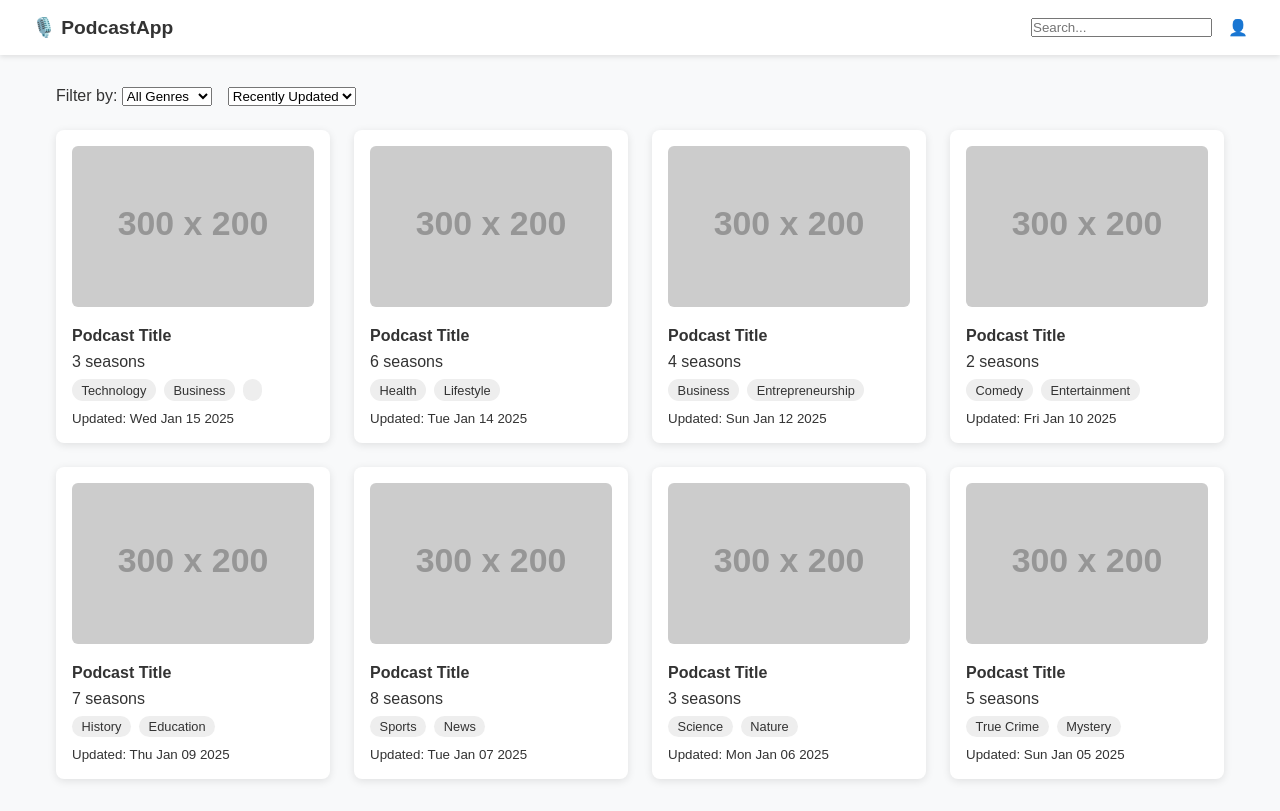
Repository: andajonas/ANDJON25111_fto2505_A_Anda-Jonas_DJS01
Page: index.html
The author's editor kept a copy of each file at every save. The page is drawn from the files as they stood at one save, then again after the next save.
The browser window is 1280 px wide. The pictures show the whole page.

Above is the page before, as saved 2025-09-03 18:20:18.

After the next save:
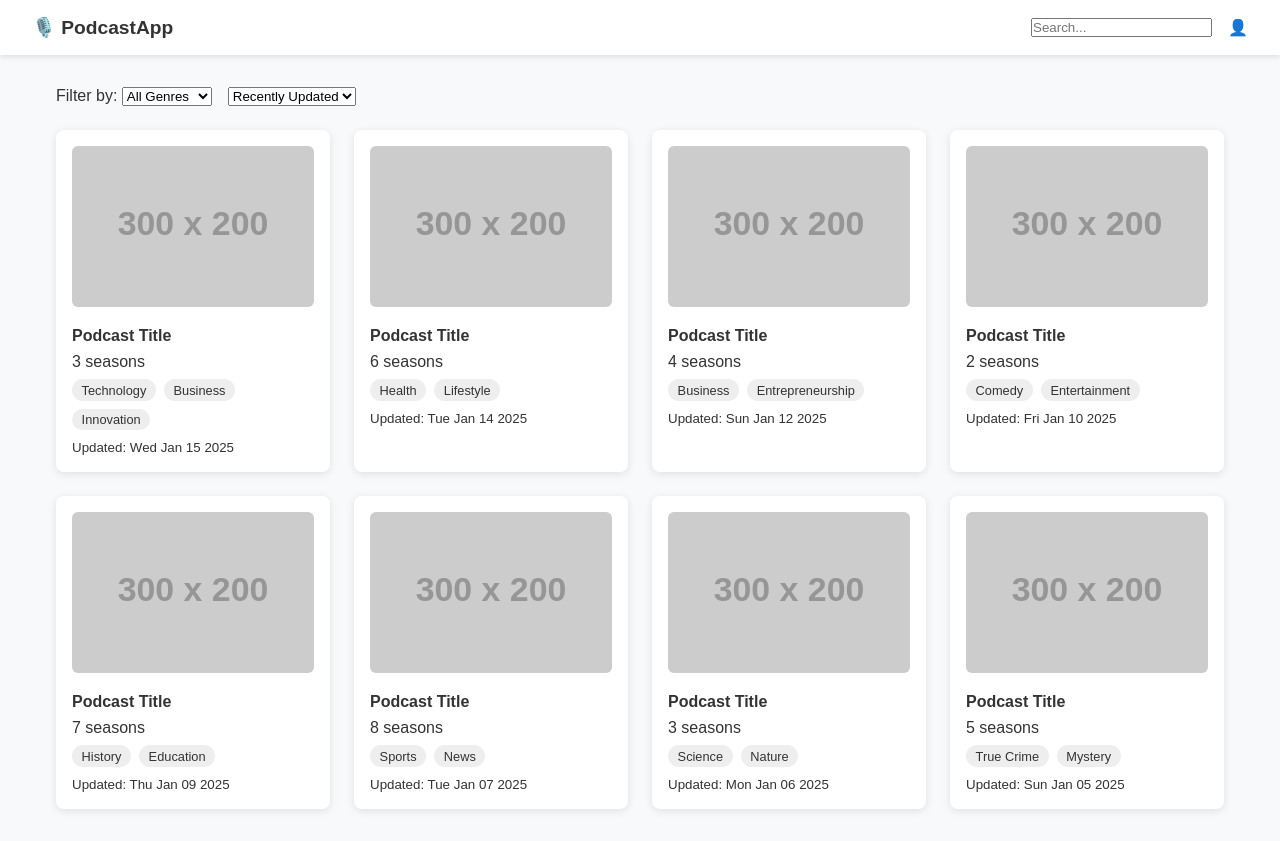
Saved 4 s later.
--- a/app.js
+++ b/app.js
@@ -2,7 +2,7 @@
     {
       title: "Podcast Title",
       seasons: 3,
-      genres: ["Technology", "Business", ""],
+      genres: ["Technology", "Business", "Innovation"],
       updated: "2025-01-15",
       cover: "https://via.placeholder.com/300x200",
       description: "Join us every week as we dive into the latest technology trends, innovations, and industry insights. From artificial intelligence and machine learning to startup culture and digital transformation, we explore the forces shaping our digital future. Each episode features expert interviews, case studies, and actionable insights for professionals and enthusiasts alike.",

After the save that followed:
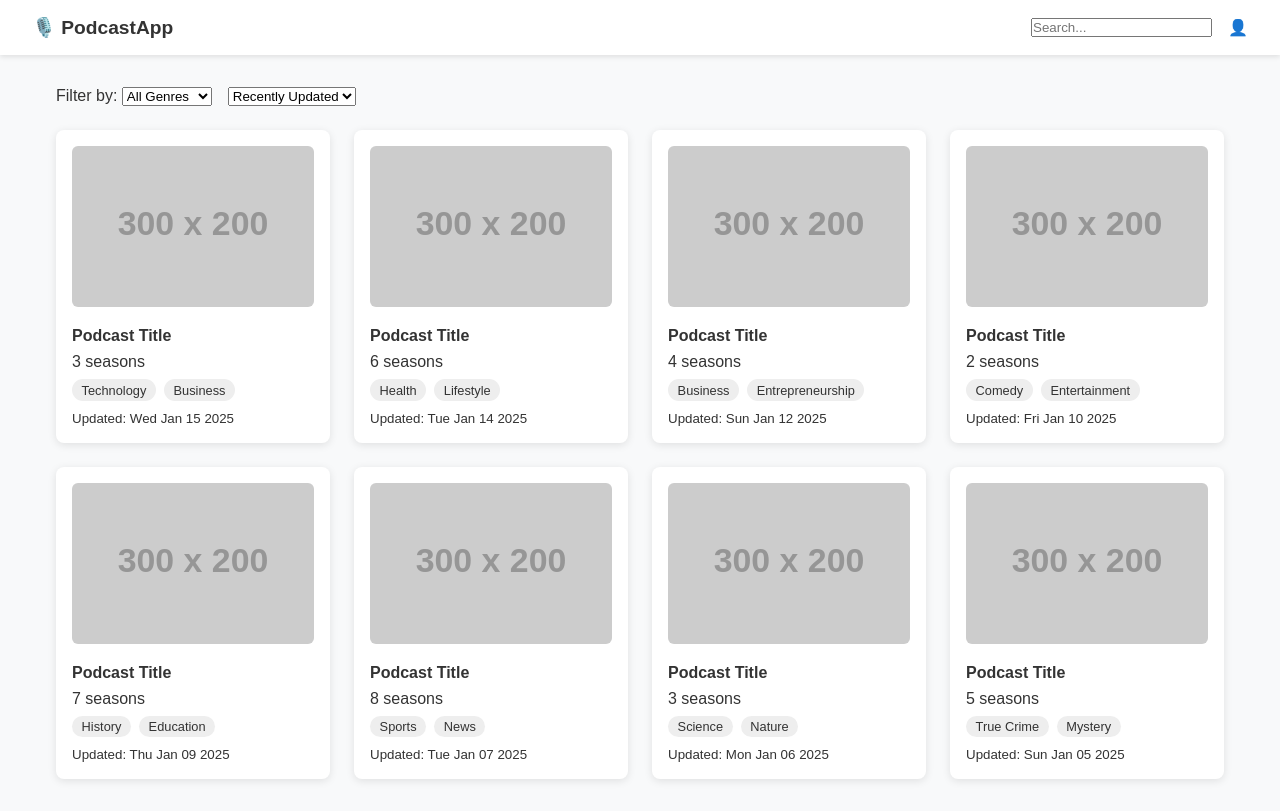
Saved 5 s later.
--- a/app.js
+++ b/app.js
@@ -2,7 +2,7 @@
     {
       title: "Podcast Title",
       seasons: 3,
-      genres: ["Technology", "Business", "Innovation"],
+      genres: ["Technology", "Business",],
       updated: "2025-01-15",
       cover: "https://via.placeholder.com/300x200",
       description: "Join us every week as we dive into the latest technology trends, innovations, and industry insights. From artificial intelligence and machine learning to startup culture and digital transformation, we explore the forces shaping our digital future. Each episode features expert interviews, case studies, and actionable insights for professionals and enthusiasts alike.",
